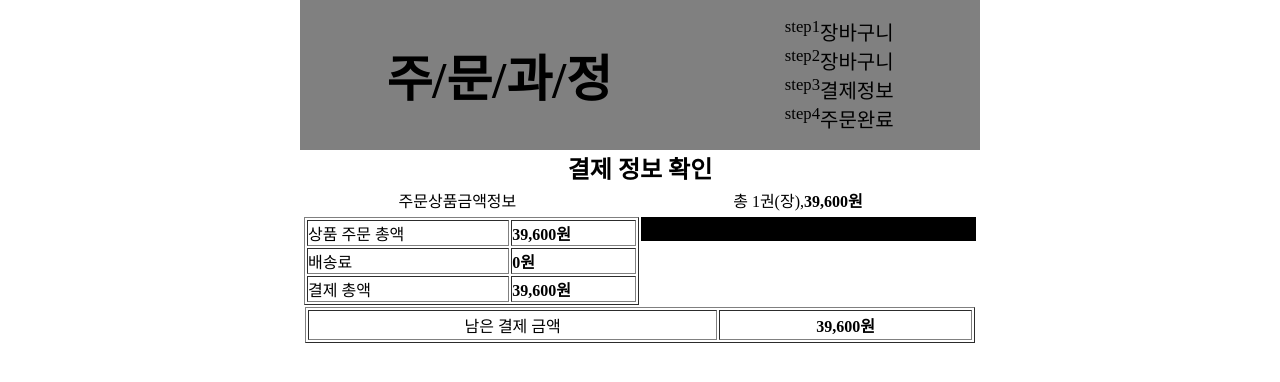
Repository: kym-1000/book
Page: http://localhost/book/WEB-INF/views/cart/pay.jsp
These files come from the project's save history. The page is drawn as it stood at one moment and after the next save; the edit follows.
The browser window is 1280 px wide. The pictures show the whole page.
The page is served by Tomcat 9. Nobody is signed in. Other server files are loaded and not shown. The template is opened directly, without the code that normally fills it, so the values that code supplies are empty.

Above is the page before, as saved 2023-01-02 07:45:54.

### book/book/src/main/webapp/WEB-INF/views/cart/pay.jsp
<%@ page language="java" contentType="text/html; charset=UTF-8"
    pageEncoding="UTF-8"%>
<!DOCTYPE html>
<html>
<head>
<meta charset="UTF-8">
<title>Insert title here</title>

<style type="text/css">
	*{
		margin: auto;
		padding: 0;
		}

	#pay{
		text-align: center;
		display : flex;
		align-items : center;

	}


</style>
</head>
<body>

	<jsp:include page="../cart/cartheader.jsp"></jsp:include>




	<h2 style="text-align: center;"> 결제 정보 확인</h2>

	<div id="pay">

	<form action="" method="post">

            <table width="670" border="0" cellpadding="2" cellspacing="1" class="step2_paytable1" style=" border-bottom:0px;">
              <tbody><tr>
                <td height="28" >주문상품금액정보</td>
                <td height="28">&nbsp;&nbsp; 총 <span ><span>1</span></span>권(장),<strong><span >39,600</span></font>원</strong></td>
              </tr>
            </tbody></table>
            <table >
              <tbody><tr>
                <td width="335" height="28" align="left" valign="top" class="td3">
                <table width="335" border="1">
                  <tbody>
                    <tr>
                      <td class="td1">상품 주문 총액  </td>
                      <td class="td2"><strong><span id="SubPay_Set_lblItemPrice">39,600</span></font>원</strong></td>
                    </tr>
                    <tr>
                      <td class="td1">배송료</td>
                      <td class="td2"><strong><span >0</span></font>원</strong></td>
                    </tr>
                    <tr>
                      <td class="td1">결제 총액</td>
                      <td class="td2"><strong>39,600</font>원</strong></td>
                    </tr>

                  </tbody>
                </table>
                </td>
                <td width="335" height="28" align="left" valign="top" class="td4">

                <span id="curExchangeCashMoney" style="display:none;">0</span><span id="curEBookCashMoney" style="display:none;">0</span><span id="curSaveMoneyBranchEBook" style="display:none;">0</span><span id="curSaveMoneyBranchForeign" style="display:none;">0</span><span id="curSaveMoneyBranchUsed" style="display:none;">0</span>
                <table width="335" border="0" cellpadding="0" cellspacing="0" bgcolor="0" class="step2_paytable3">

                  <tbody>
                    <tr>
                      <td class="td1">회원할인금액</td>
                      <td class="td2"><span>0</span>원</td>
                    </tr>

                     <tr style="display:none;">
                      <td class="td1">할인 총액 </td>
                      <td class="td2"><span >0</span>원</td>
                    </tr>

                  </tbody>
                </table>
                </td>
                </tr>
            </tbody></table>
            <table width="670" border="1">
              <tbody><tr>
                <td height="28" >남은 결제 금액</td>
                <td height="28" ><strong><span >39,600</span></font>원</strong></td>
              </tr>
            </tbody></table>

		</form>

		</div>



</body>
</html>

### book/book/src/main/webapp/WEB-INF/views/cart/cartheader.jsp
<%@ page language="java" contentType="text/html; charset=UTF-8"
    pageEncoding="UTF-8"%>
<%@ taglib uri="http://java.sun.com/jsp/jstl/core" prefix="c" %>
<!DOCTYPE html>
<html>
<head>
<meta charset="UTF-8">
<title>Insert title here</title>
<style type="text/css">

	#pagetop{
		margin-left: 300px;
		margin-right: 300px;
	    background-color: grey;
	    font-size: 20px;
		height: 150px;
		display : flex;
	  	/* justify-content : center; */
	  	align-items : center;
	}

</style>
</head>
<body>


	<div id="pagetop">
		<h2 style="text-align: left; font-size: 50px">
			주/문/과/정
		</h2>
		<div style="text-align: right;">

		<c:choose >
		<c:when test="${msg eq 1}">
		<div style="color: red">
		<sup>step1</sup>장바구니
		</div>
		</c:when>
		<c:otherwise>
		<div>
		<sup>step1</sup>장바구니
		</div>
		</c:otherwise>
		</c:choose>

		<c:choose>
		<c:when test="${msg eq 2}">
		<div style="color: red">
		<sup>step2</sup>배송정보
		</div>
		</c:when>
		<c:otherwise>
		<div>
		<sup>step2</sup>장바구니
		</div>
		</c:otherwise>
		</c:choose>

		<c:choose>
		<c:when test="${msg eq 3}">
		<div style="color: red">
		<sup>step3</sup>결제정보
		</div>
		</c:when>
		<c:otherwise>
		<div>
		<sup>step3</sup>결제정보
		</div>
		</c:otherwise>
		</c:choose>

		<c:choose>
		<c:when test="${msg eq 4}">
		<div style="color: red">
		<sup>step4</sup>주문완료
		</div>
		</c:when>
		<c:otherwise>
		<div>
		<sup>step4</sup>주문완료
		</div>
		</c:otherwise>
		</c:choose>

		</div>
	</div>

</body>
</html>

After the next save:
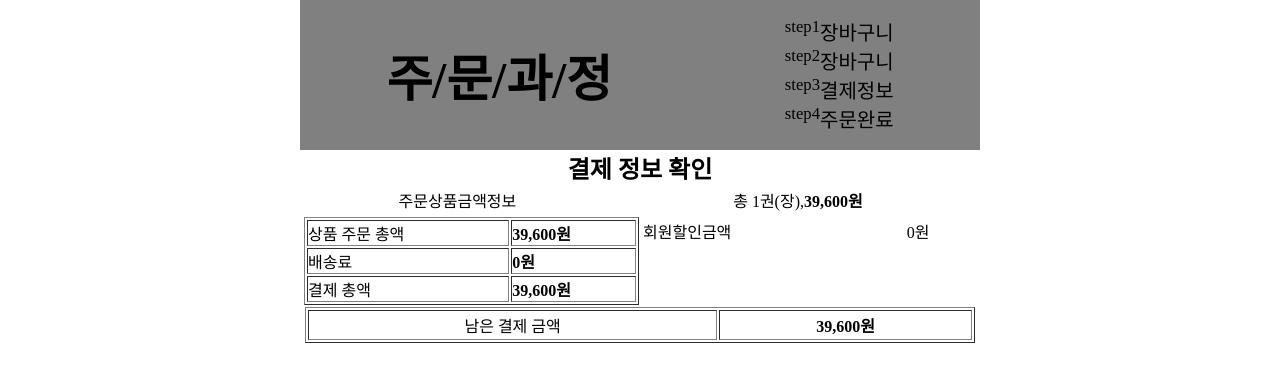
Saved 11 s later.
--- a/book/book/src/main/webapp/WEB-INF/views/cart/pay.jsp
+++ b/book/book/src/main/webapp/WEB-INF/views/cart/pay.jsp
@@ -65,7 +65,7 @@
                 <td width="335" height="28" align="left" valign="top" class="td4">
 
                 <span id="curExchangeCashMoney" style="display:none;">0</span><span id="curEBookCashMoney" style="display:none;">0</span><span id="curSaveMoneyBranchEBook" style="display:none;">0</span><span id="curSaveMoneyBranchForeign" style="display:none;">0</span><span id="curSaveMoneyBranchUsed" style="display:none;">0</span>
-                <table width="335" border="0" cellpadding="0" cellspacing="0" bgcolor="0" class="step2_paytable3">
+                <table width="335" >
 
                   <tbody>
                     <tr>
